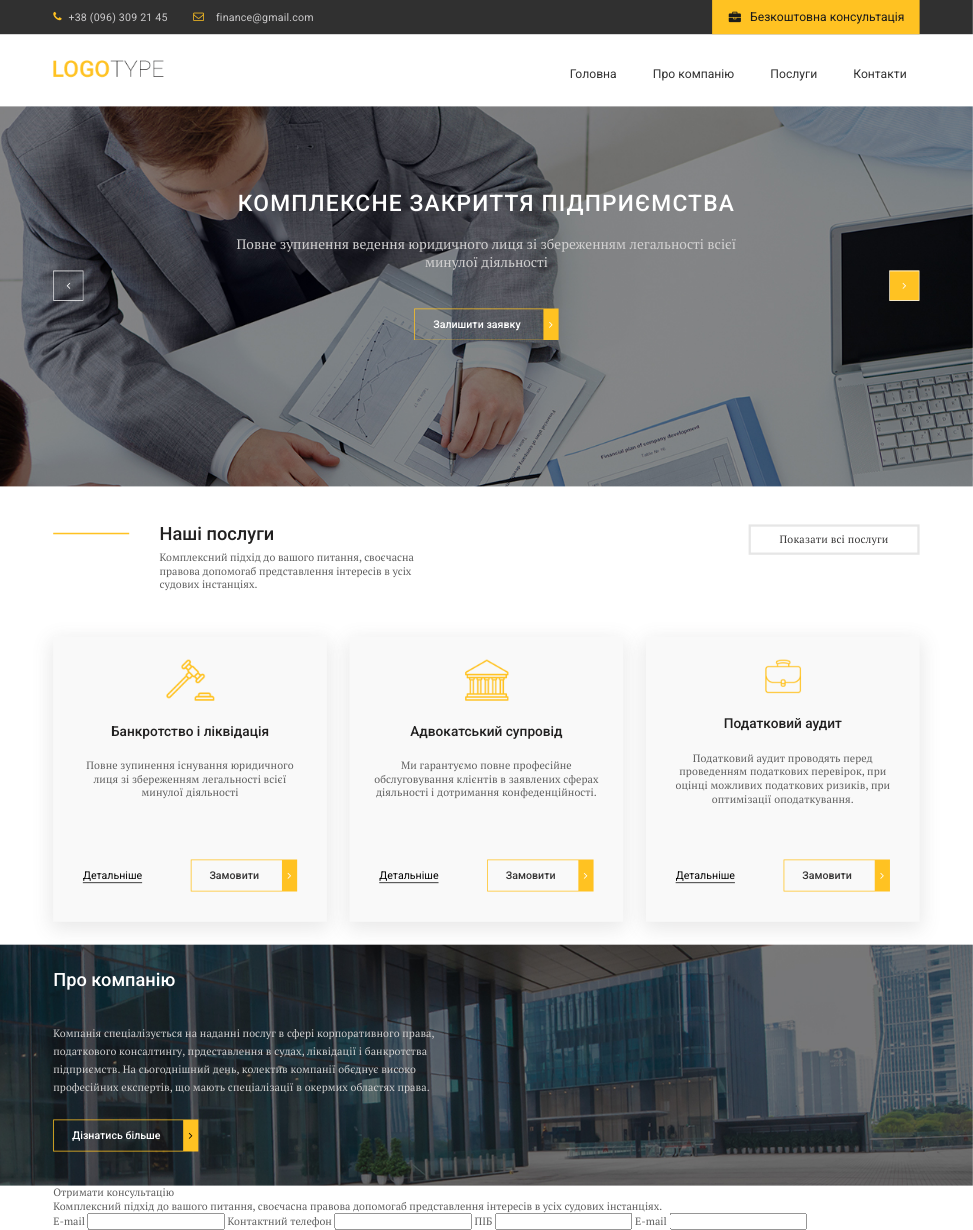
Repository: oliachipko/companysait
Page: index.html
The author's editor kept a copy of each file at every save. The page is drawn from the files as they stood at one save, then again after the next save.
The browser window is 1280 px wide. The pictures show the whole page, at 76% of full size.

Above is the page before, as saved 2020-11-19 22:44:33.

### index.html
<!DOCTYPE html>
<html lang="en">
  <head>
    <meta charset="UTF-8" />
    <meta name="viewport" content="width=device-width, initial-scale=1.0" />
    <title>Document</title>
    <link rel="preconnect" href="https://fonts.gstatic.com" />
    <link href="https://fonts.googleapis.com/css2?family=PT+Serif:wght@400;700&family=Roboto:wght@400;500;700&display=swap"
      rel="stylesheet"/>
    <link rel="stylesheet" href="css/normalize.css" />
    <link rel="stylesheet" href="css/fonts.css" />
    <link rel="stylesheet" href="css/jquery.fancybox.min.css" />
    <link rel="stylesheet" href="css/slick.css" />
    <link rel="stylesheet" href="css/style.css" />
  </head>
  <body>
    <header class="header">
      <div class="header__top">
        <div class="container">
          <div class="header__contacts">
            <a class="header__phone" href="tel:380963092145">+38 (096) 309 21 45</a>
            <a class="header__email" href="#">finance@gmail.com</a>
            <a data-fancybox data-src="#modal" href="javascript:;" href="#" class="header__btn">
              Безкоштовна консультація
            </a>
          </div>
        </div>
      </div>
      <div class="header__content">
        <div class="container">
          <div class="header__content-inner">
            <div class="header__logo">
              <a href="#">
                <img src="img/logo.png" alt="" />
              </a>
            </div>
            <nav class="menu">
              <ul>
                <li><a href="#">Головна</a></li>
                <li><a href="#">Про компанію</a></li>
                <li><a href="#">Послуги</a></li>
                <li><a href="#">Контакти</a></li>
              </ul>
            </nav>
          </div>
        </div>
      </div>
    </header>
    <section class="slider">
      <div class="container">
        <div class="slider__inner">
          <div class="slider__item">
            <div class="slider__item-content">
              <div class="slider__title">КОМПЛЕКСНЕ ЗАКРИТТЯ ПІДПРИЄМСТВА</div>
              <div class="slider__text">
                Повне зупинення ведення юридичного лиця зі збереженням
                легальності всієї минулої діяльності
              </div>
              <a data-fancybox data-src="#modal" href="javascript:;" class="slider__btn default-btn">
                Залишити заявку
              </a>
            </div>
          </div>

          <div class="slider__item">
            <div class="slider__item-content">
              <div class="slider__title">КОМПЛЕКСНЕ ЗАКРИТТЯ ПІДПРИЄМСТВА</div>
              <div class="slider__text">
                Повне зупинення ведення юридичного лиця зі збереженням
                легальності всієї минулої діяльності
              </div>
              <a data-fancybox data-src="#modal" href="javascript:;" class="slider__btn default-btn">
                Залишити заявку
              </a>
            </div>
          </div>

          <div class="slider__item">
            <div class="slider__item-content">
              <div class="slider__title">КОМПЛЕКСНЕ ЗАКРИТТЯ ПІДПРИЄМСТВА</div>
              <div class="slider__text">
                Повне зупинення ведення юридичного лиця зі збереженням
                легальності всієї минулої діяльності
              </div>
              <a data-fancybox data-src="#modal" href="javascript:;"class="slider__btn default-btn">
                Залишити заявку
              </a>
            </div>
          </div>
        </div>
      </div>
    </section>
    <section class="services">
      <div class="container">
        <div class="services__top">
          <div class="services__title-box">
            <div class="services-title">Наші послуги</div>
            <div class="services__text">
              Комплексний підхід до вашого питання, своєчасна правова допомогаб
              представлення інтересів в усіх судових інстанціях.
            </div>
          </div>
          <div class="services__btn">
          <a href="" class="services__btn"> Показати всі послуги </a>
        </div>
      </div>
      <div class="services__items">
        <div class="services__item">
          <img src="img/about-1.png" alt="">
          <div class="services__item-title">
            Банкротство і ліквідація
          </div>
          <div class="services__item-text">
            Повне зупинення існування юридичного лиця зі збереженням легальності всієї
            минулої діяльності
          </div>
          <div class="services__item-btn">
            <a class="services__item-link" href="#">Детальніше</a>
            <a data-fancybox data-src="#modal" href="javascript:;" class="default-btn">
                Замовити
            </a>
          </div>
        </div>

        <div class="services__item">
          <img src="img/about-2.png" alt="">
          <div class="services__item-title">
            Адвокатський супровід
          </div>
          <div class="services__item-text">
            Ми гарантуємо повне професійне обслуговування клієнтів в заявлених сферах
            діяльності і дотримання конфеденційності.
          </div>
          <div class="services__item-btn">
            <a class="services__item-link" href="#">Детальніше</a>
            <a data-fancybox data-src="#modal" href="javascript:;" class="default-btn">
                Замовити
            </a>
          </div>
        </div>

        <div class="services__item">
          <img src="img/about-3.png" alt="">
          <div class="services__item-title">
            Податковий аудит
          </div>
          <div class="services__item-text">
            Податковий аудит проводять перед проведенням податкових перевірок, при оцінці можливих
            податкових ризиків, при оптимізації оподаткування.
          </div>
          <div class="services__item-btn">
            <a class="services__item-link" href="#">Детальніше</a>
            <a data-fancybox data-src="#modal" href="javascript:;" class="default-btn">
                Замовити
            </a>
          </div>
        </div>
      </div>
    </section>
    <section class="about">
      <div class="container">
        <div class="about__inner">
        <div class="about__title">
          Про компанію
        </div>
        <div class="about__text">
          Компанія спеціалізується на наданні послуг в сфері корпоративного права, податкового
          консалтингу, прдеставлення в судах, ліквідації і банкротства підприємств. На
          сьогоднішний день, колектив компанії обєднує
          високо професійних експертів, що мають
          спеціалізації в окермих областях права.

        </div>
        <a  href="#" class="about__btn default-btn">
          Дізнатись більше
      </a>

      </div>
    </div>
    </section>
    <section class="form">
     <div class="container">
       <div class="form__inner">
         <div class="form__content">
          <div class="form__title-box">
            <div class="form-title">
              Отримати консультацію
            </div>
            <div class="form__text">
              Комплексний підхід до вашого питання, своєчасна правова допомогаб
              представлення інтересів в усіх судових інстанціях.
            </div>
          </div>
          <div class="form__box">
            <form>
              <div class="form__box-inner">
                <div class="form__box-left">
                  <label>
                  E-mail
                    <input type="text">
                  </label>
                  <label>
                  Контактний телефон
                    <input type="text">
                  </label>
                  <label>
                  ПІБ
                    <input type="text">
                  </label>
                  <label>
                    E-mail
                    <input type="text">
                  </label>

                </div>
                <div class="form__box-right">

                </div>
              </div>
            </form>
          </div>

         </div>
       </div>
     </div>
    </section>




    <div id="modal">
      <h2>Hello!</h2>
      <p>You are awesome!</p>
    </div>

    <script src="https://ajax.googleapis.com/ajax/libs/jquery/3.5.1/jquery.min.js"></script>
    <script src="js/jquery.fancybox.min.js"></script>
    <script src="js/slick.min.js"></script>
    <script src="js/main.js"></script>
  </body>
</html>

### css/fonts.css
@font-face {
  font-family: 'icomoon';
  src:  url('../fonts/icomoon.eot?nqt5zc');
  src:  url('../fonts/icomoon.eot?nqt5zc#iefix') format('embedded-opentype'),
    url('../fonts/icomoon.ttf?nqt5zc') format('truetype'),
    url('../fonts/icomoon.woff?nqt5zc') format('woff'),
    url('../fonts/icomoon.svg?nqt5zc#icomoon') format('svg');
  font-weight: normal;
  font-style: normal;
  font-display: block;
}

[class^="icon-"], [class*=" icon-"] {
  /* use !important to prevent issues with browser extensions that change fonts */
  font-family: 'icomoon' !important;
  speak: never;
  font-style: normal;
  font-weight: normal;
  font-variant: normal;
  text-transform: none;
  line-height: 1;

  /* Better Font Rendering =========== */
  -webkit-font-smoothing: antialiased;
  -moz-osx-font-smoothing: grayscale;
}

.icon-envelope-o:before {
  content: "\f003";
}
.icon-check:before {
  content: "\f00c";
}
.icon-map-marker:before {
  content: "\f041";
}
.icon-phone:before {
  content: "\f095";
}
.icon-briefcase:before {
  content: "\f0b1";
}
.icon-bars:before {
  content: "\f0c9";
}
.icon-navicon:before {
  content: "\f0c9";
}
.icon-reorder:before {
  content: "\f0c9";
}
.icon-angle-left:before {
  content: "\f104";
}
.icon-angle-right:before {
  content: "\f105";
}
.icon-quote-left:before {
  content: "\f10d";
}
.icon-quote-right:before {
  content: "\f10e";
}
.icon-ellipsis-v:before {
  content: "\f142";
}

### css/style.css
* {
    box-sizing: border-box;
}

a{
    text-decoration: none;
    display: inline-block;
}

ul,
li{
    list-style: none;
    margin: 0;
    padding: 0;
}
.container{
    max-width: 1170px;
    margin: 0 auto;
    padding: 0 15px;
}

body{
    font-family: 'PT Serif', serif;
    /*font-family: 'Roboto', sans-serif;*/
    font-weight: 400px;
    font-size: 14px;
    line-height: 18px;
    color: #5e5e5e;

}
header {
    font-family: 'Roboto', sans-serif;
}
.header__top{
   background-color: #303030;
}
.header__btn {
    float: right;
    line-height: 36px;
    color: #1b1b1b;
    background-color: #ffc222;
    padding: 5px 20px 4px 50px;
    font-size: 16px;
    position: relative;
}
.header__btn:before {
    content: "\f0b1";
    font-family: 'icomoon';
    position: absolute;
    left: 22px;
    color: #1b1b1b;
}
.header__contacts:after {
    content: "";
    clear: both;
    display: block;
}
.header__phone,
.header__email {
    color:#cbcacb;
    letter-spacing: 0.25px;
    line-height: 45px;
    position: relative;
}
.header__phone {
    padding-left: 20px;
    padding-right: 30px;
}
.header__phone:before {
    content: "\f095";
    font-family: 'icomoon';
    position: absolute;
    left: 0;
    color: #ffc222;
}
.header__email{
    padding-left: 30px;
}
.header__email:before {
    content: "\f003";
    font-family: 'icomoon';
    position: absolute;
    left: 0;
    color: #ffc222;
}
.header__content {
    padding: 34px 0px 23px;
}
.header__content-inner{
    display: flex;
    justify-content: space-between;
}
.menu li {
    display: inline-block;
}
.menu a{
    color: #323232;
    font-size: 16px;
    line-height: 36px;
    border: 1px solid transparent;
    padding: 0px 16px;
    transition: all .3s;
}
.menu a:hover {
    border-color: #ffc222;
}
.menu li + li{
    padding-left: 10px;
}
#modal {
    display: none;
}
.slider{
    background-image: url(../img/slider-fon.jpg);
    background-repeat: no-repeat;
    background-size: cover;
    background-position: center;
    min-height: 500px;
}
.slider__item-content{
    text-align: center;
    padding-top: 110px;
    max-width: 665px;
    margin: 0 auto;
}
.slider__title{
    text-transform: uppercase;
    font-size: 30px;
    line-height: 36px;
    color: white;
    font-weight: 500;
    letter-spacing: 1.5px;
    margin-bottom: 22px;
    font-family: 'Roboto', sans-serif;
}
.slider__text{
    line-height: 24px;
    font-size: 18px;
    color: #d3d2d2;
    margin-bottom: 50px;
}

.default-btn {
    display: inline-block;
    color: white;
    font-size: 14px;
    line-height: 24px;
    font-weight: 500;
    font-family: 'Roboto', sans-serif;
    padding: 8px 30px 8px 24px;
    border: 1px solid #ffc222;
    border-right-width: 20px;
    position: relative;
    z-index: 2;
    outline: none;
}
.default-btn:after {
    content: "\f105";
    font-family: 'icomoon';
    position: absolute;
    top: 50%;
    transform: translateY(-50%);
    right: -12px;
}


.slider__inner {
    position: relative;
}
.slick-btn {
    position: absolute;
    top: 70%;
    z-index: 3;
    width: 40px;
    height: 40px;
    border: 1px solid white;
    cursor: pointer;
    outline: none;
    background-color: #ffc222;
}
.slick-btn.slick-disabled {
    cursor: default;
    background-color: transparent;

}
.slick-btn:before{
    position: absolute;
    top: 50%;
    left: 50%;
    transform: translate(-50%, -50%);
    font-family: 'icomoon';
    color: white;

}
.slick-next:before{
    content: "\f105";
}
.slick-prev:before {
    content: "\f104";
}
.slick-next{
    right: 0;
}
.slick-prev{
    left: 0;
}
.services {
    padding: 50px 0px 30px;
}
.services__top{
    display: flex;
    justify-content: space-between;
    margin-bottom: 60px;
}
.services__title-box{
    max-width: 520px;
    padding-left: 140px;
    position: relative;
}
.services__title-box:before {
    content: "";
    position: absolute;
    width: 100px;
    height: 2px;
    background-color: #ffc222;
    left: 0;
    top: 11px;
}
.services-title{
    font-size: 24px;
    font-weight: 500;
    line-height: 24px;
    color: #212020;
    font-family: 'Roboto', sans-serif;
    margin-bottom: 10px;
}
.services-text{
    letter-spacing: 0.1px;
}
.services__btn a{
    color: #373636;
    line-height: 24px;
    letter-spacing: 0.25px;
    padding: 5px 38px;
    border: 3px solid #e6e6e6;
}
.services__items {
    display: flex;
    justify-content: space-between ;
}
.services__item {
    max-width: 360px;
    text-align: center;
    padding: 30px 0px 80px;
    position: relative;
    min-height: 375px;
    background-color: #f9f9f9;
    box-shadow: 0px 7px 24.3px 2.7px rgba(91, 89, 89, 0.14);
}
.services__item-title{
    color: #212020;
    font-size: 18px;
    line-height: 24px;
    font-weight: 500;
    font-family: 'Roboto', sans-serif;
    padding: 24px 0;
}
.services__item-text{
    letter-spacing: 0.1px;
    padding: 0px 30px 30px;
}
.services__item-btn {
    position: absolute;
    bottom: 40px;
    left: 0;
    right: 0;
}
.services__item-btn .default-btn {
    color: #373636;

}
.services__item-btn .default-btn:after {
    color: #ffffff;
}
.services__item-link{
    color: #050505;
    font-family: 'Roboto', sans-serif;
    border-bottom: 1px solid #050505 ;
    margin-right: 60px;
}
.about {
    background-image: url(../img/about-fon.jpg);
    background-size: cover;
    background-position: center;
    min-height: 300px;
    background-repeat: no-repeat;
    padding: 25px 0px 45px;

}
.about__inner{
    max-width: 545px;
}
.about__title{
    padding: 10px 0px 25px;
    margin-bottom: 20px;
    font-size: 24px;
    line-height: 24px;
    color: #fff;
    font-weight: 500;
    font-family: 'Roboto', sans-serif;
}
.about__text {
    margin-bottom: 30px;
    letter-spacing: 0.1px;
    line-height: 24px;
    color: #d3d2d2;
}
.about__btn.default-btn:after {
    color: #000;
}

### js/main.js
$(function(){

$('.slider__inner').slick({
    nextArrow: '<button type="button" class="slick-btn slick-next"></button>',
    prevArrow: '<button type="button" class="slick-btn slick-prev"></button>',
    infinite: false

});


});

Loaded but not shown: css/normalize.css (library); css/jquery.fancybox.min.css (library); css/slick.css (common file); js/jquery.fancybox.min.js (library); js/slick.min.js (library)

After the next save:
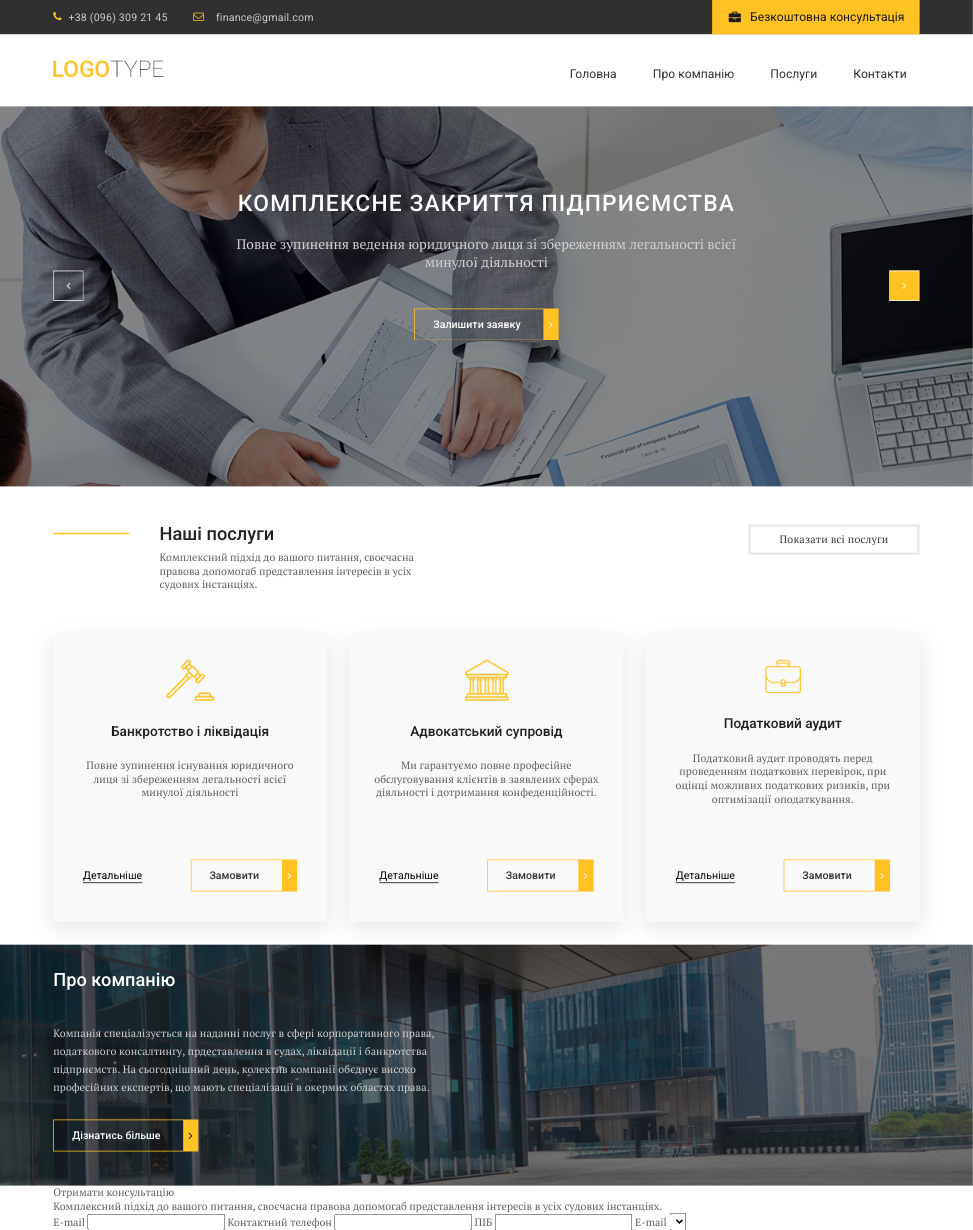
Saved 10 min 48 s later.
--- a/index.html
+++ b/index.html
@@ -209,7 +209,12 @@
                   </label>
                   <label>
                     E-mail
-                    <input type="text">
+                    <select name="" id="">
+                      <option value=""></option>
+                      <option value=""></option>
+                      <option value=""></option>
+                      <option value=""></option>
+                    </select>
                   </label>
 
                 </div>
